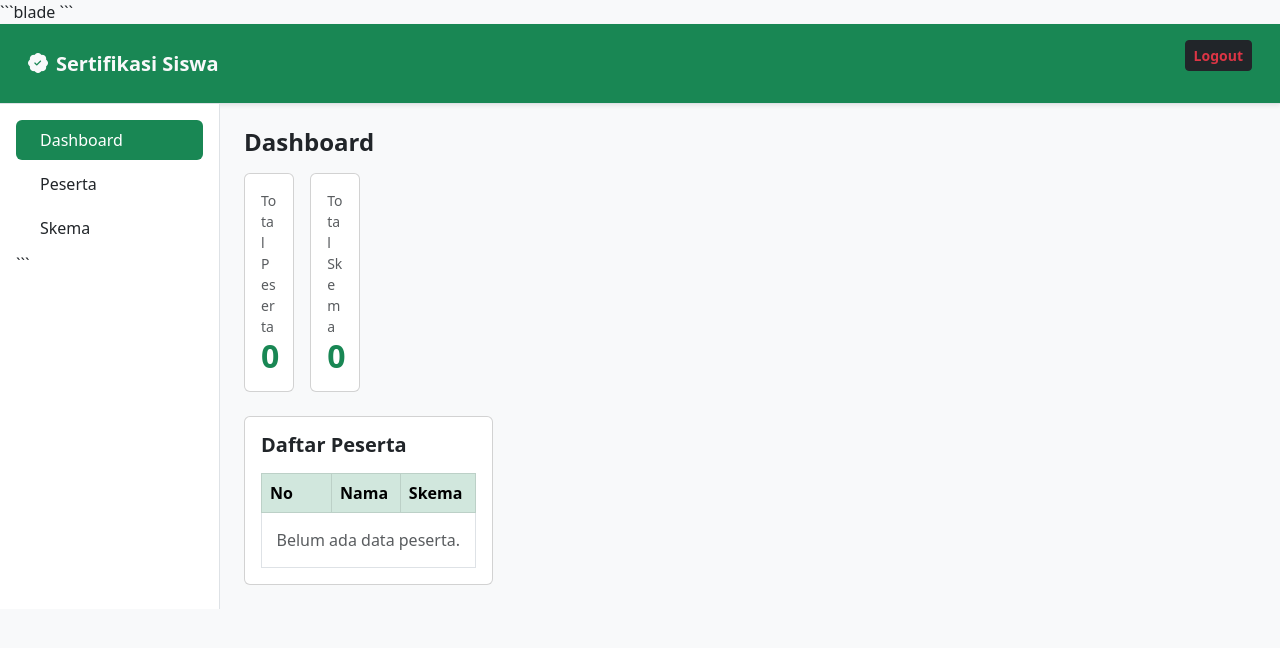
Repository: Zaki-Blip/USK_Project
Page: http://localhost/dashboard
An editor plug-in stored every save of this project. The page is shown before and after the next save, followed by the edit.
The browser window is 1280 px wide. The pictures show the whole page.
The page is served by the project's Laravel application, run on PHP 8.4 with Laravel 12. A made-up administrator, Test User (test@example.com), is signed in. Queries for data that is not in the repository find no rows.

Above is the page before, as saved 2026-10-13 20:33:16.

After the next save:
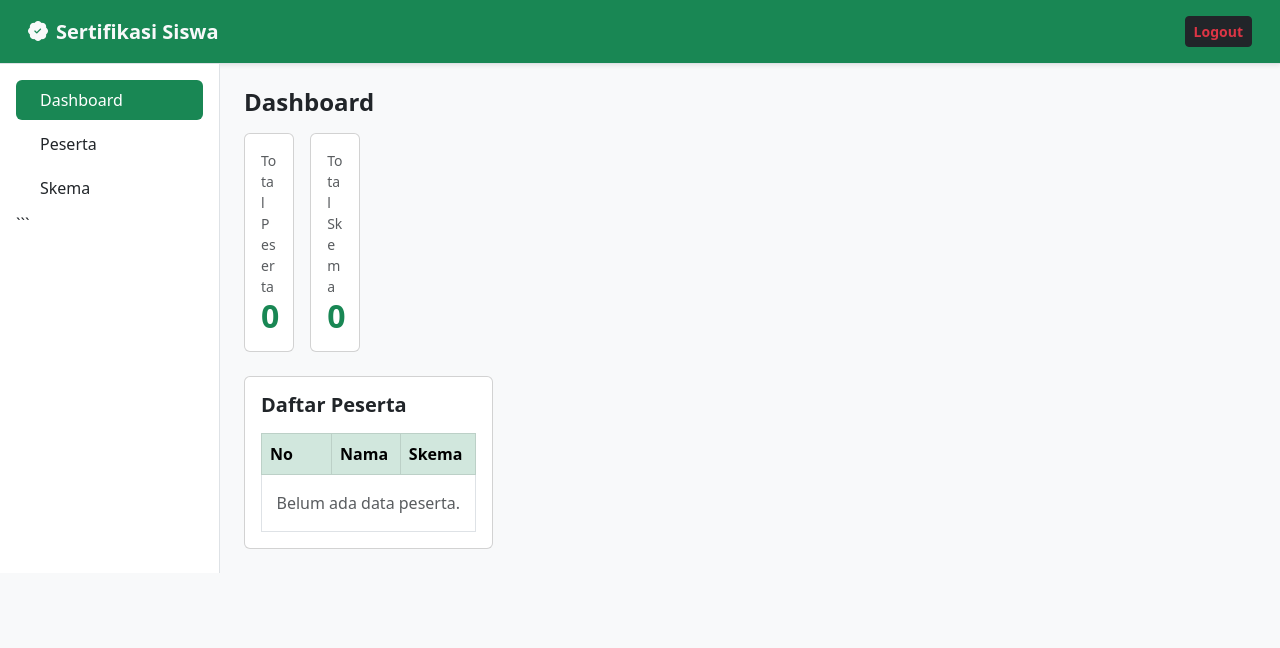
Saved 7 s later.
--- a/resources/views/admin/dashboard.blade.php
+++ b/resources/views/admin/dashboard.blade.php
@@ -1,4 +1,3 @@
-```blade
 @extends('layouts.app')
 @section('title', 'Dashboard')
 @section('content')
@@ -56,4 +55,3 @@
 </div>
 
 @endsection
-```
